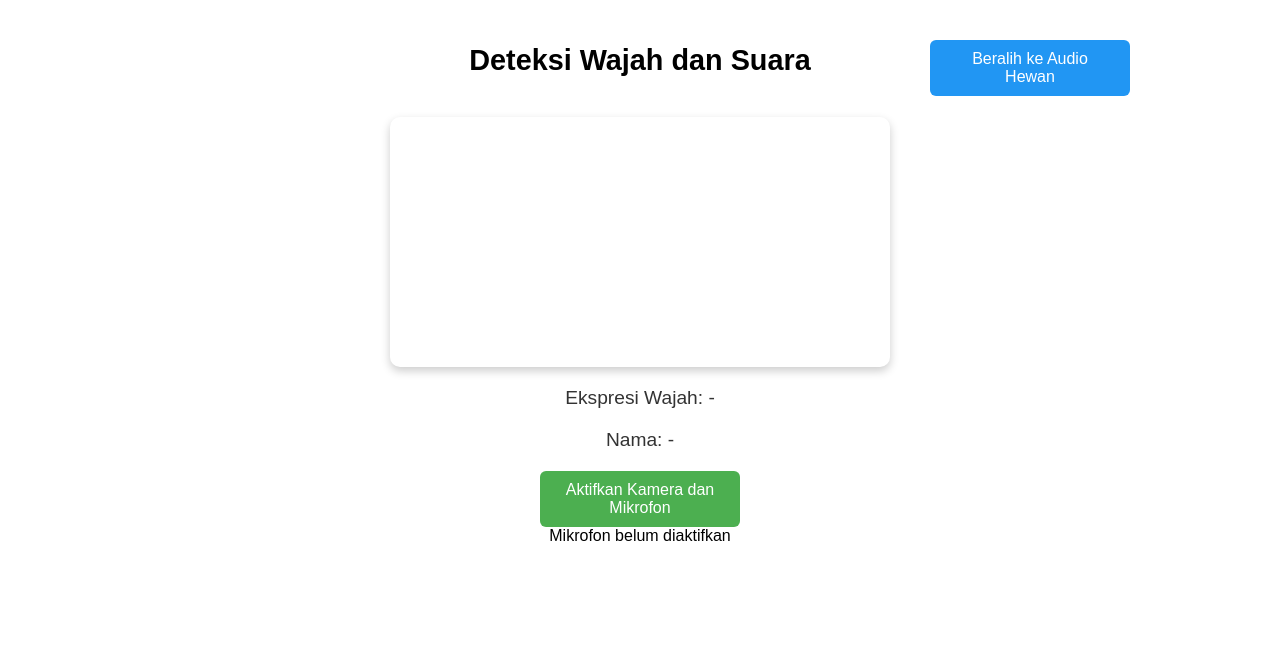
Repository: RalfyBawinto/working-teachable-machine
Page: index.html
The author's editor kept a copy of each file at every save. The page is drawn from the files as they stood at one save, then again after the next save.
The browser window is 1280 px wide. The pictures show the whole page.

Above is the page before, as saved 2025-04-22 14:42:32.

### index.html
<!DOCTYPE html>
<html lang="id">
  <head>
    <meta charset="UTF-8" />
    <meta name="viewport" content="width=device-width, initial-scale=1.0" />
    <title>Deteksi Wajah dan Suara</title>
    <link rel="stylesheet" href="styles.css" />
  </head>

  <body>
    <h2>Deteksi Wajah dan Suara</h2>

    <!-- Video untuk deteksi wajah -->
    <div id="video-container">
      <video id="video" autoplay muted playsinline></video>
      <canvas
        id="canvas"
        width="400"
        height="300"
        style="display: none"
      ></canvas>
      <div class="output" id="face-output">Ekspresi Wajah: -</div>
      <div class="output" id="name-output">Nama: -</div>
    </div>

    <!-- Kontrol deteksi suara -->
    <button onclick="aktifkanDeteksi()">Aktifkan Kamera dan Mikrofon</button>
    <div id="status">Mikrofon belum diaktifkan</div>
    <div id="label-container"></div>

    <!-- Tombol untuk beralih ke audio-hewan.html -->
    <button
      id="switch-button"
      onclick="window.location.href='audio-hewan.html'"
    >
      Beralih ke Audio Hewan
    </button>

    <!-- TensorFlow.js -->
    <script src="https://cdn.jsdelivr.net/npm/@tensorflow/tfjs@3.21.0/dist/tf.min.js"></script>
    <script src="https://cdn.jsdelivr.net/npm/@teachablemachine/image@0.8/dist/teachablemachine-image.min.js"></script>
    <script src="https://cdn.jsdelivr.net/npm/@tensorflow-models/speech-commands@0.4.0/dist/speech-commands.min.js"></script>

    <script type="text/javascript">
      const faceModelURL =
        "https://teachablemachine.withgoogle.com/models/oTtv--EQC/";
      const nameModelURL =
        "https://teachablemachine.withgoogle.com/models/1E0LcWWmy/";
      const URL = "https://teachablemachine.withgoogle.com/models/r1dg1ZGh5/";

      let faceModel, nameModel, recognizer;
      let video, canvas, ctx;

      async function createModel() {
        const checkpointURL = URL + "model.json";
        const metadataURL = URL + "metadata.json";

        recognizer = speechCommands.create(
          "BROWSER_FFT",
          undefined,
          checkpointURL,
          metadataURL
        );
        await recognizer.ensureModelLoaded();
      }

      async function startFaceDetection() {
        video = document.getElementById("video");
        canvas = document.getElementById("canvas");
        ctx = canvas.getContext("2d");

        try {
          // Memuat model wajah dan nama
          faceModel = await tmImage.load(
            faceModelURL + "model.json",
            faceModelURL + "metadata.json"
          );
          nameModel = await tmImage.load(
            nameModelURL + "model.json",
            nameModelURL + "metadata.json"
          );

          // Akses kamera
          const stream = await navigator.mediaDevices.getUserMedia({
            video: { facingMode: "user" },
            audio: false,
          });

          video.srcObject = stream;
          video.onloadedmetadata = () => {
            video.play();
            requestAnimationFrame(loop);
          };
        } catch (err) {
          console.error("Error:", err);
          alert("Gagal mengakses kamera.");
        }
      }

      async function loop() {
        ctx.drawImage(video, 0, 0, canvas.width, canvas.height);
        await predictFace();
        requestAnimationFrame(loop);
      }

      async function predictFace() {
        const prediction = await faceModel.predict(canvas);
        const highest1 = prediction.reduce(
          (max, p) => (p.probability > max.probability ? p : max),
          { probability: 0 }
        );
        document.getElementById("face-output").innerText = `Ekspresi Wajah: ${
          highest1.className
        } (${(highest1.probability * 100).toFixed(1)}%)`;

        const prediction3 = await nameModel.predict(canvas);
        const highest3 = prediction3.reduce(
          (max, p) => (p.probability > max.probability ? p : max),
          { probability: 0 }
        );

        // Daftar anggota kelompok 6
        const anggotaKelompok6 = [
          "Risky Imbat",
          "Felygio Tumiwa",
          "Jeremy Pongdatu",
          "Ralfy Bawinto",
          "Muhammad Luhung",
        ];

        // Ambang batas kepercayaan (misalnya 80%)
        const threshold = 0.8;

        // Cek apakah hasil terdeteksi termasuk anggota kelompok
        if (
          highest3.probability >= threshold &&
          anggotaKelompok6.includes(highest3.className)
        ) {
          document.getElementById("name-output").innerText = `Nama (Wajah): ${
            highest3.className
          } (${(highest3.probability * 100).toFixed(1)}%)`;
        } else {
          document.getElementById("name-output").innerText =
            "Nama (Wajah): Bukan anggota kelompok 6";
        }
      }

      async function aktifkanDeteksi() {
        try {
          const stream = await navigator.mediaDevices.getUserMedia({
            audio: true,
          });
          document.getElementById("status").textContent = "Mikrofon aktif 🎤";

          // Setelah mikrofon aktif, muat model suara
          await createModel();
          const classLabels = recognizer.wordLabels();

          // Menampilkan label kategori suara
          const labelContainer = document.getElementById("label-container");
          labelContainer.innerHTML = ""; // Clear previous results

          // Mulai mendeteksi suara
          recognizer.listen(
            (result) => {
              const scores = result.scores;

              // Temukan nilai tertinggi
              let maxScore = -1;
              let maxLabel = "";
              for (let i = 0; i < scores.length; i++) {
                if (scores[i] > maxScore) {
                  maxScore = scores[i];
                  maxLabel = classLabels[i];
                }
              }

              // Konversi skor tertinggi menjadi persentase
              const percentage = (maxScore * 100).toFixed(2);

              // Tampilkan hanya kategori dengan nilai tertinggi
              labelContainer.innerHTML = `${maxLabel}: ${percentage}%`;
            },
            {
              includeSpectrogram: true,
              probabilityThreshold: 0.75,
              invokeCallbackOnNoiseAndUnknown: true,
              overlapFactor: 0.5,
            }
          );

          // Mulai deteksi wajah
          startFaceDetection();
        } catch (err) {
          console.error("Gagal mengakses mikrofon:", err);
          document.getElementById("status").textContent =
            "Gagal mengakses mikrofon ❌";
        }
      }
    </script>
  </body>
</html>

### styles.css
/* ===== GLOBAL STYLES ===== */
body {
  font-family: Arial, sans-serif;
  text-align: center;
  padding: 20px;
  margin: 0;
}

h2 {
  font-size: 1.8rem;
  margin-bottom: 20px;
}

/* ===== DEFAULT BUTTON STYLE ===== */
button {
  margin-top: 20px;
  padding: 10px 20px;
  font-size: 16px;
  background-color: #4caf50;
  color: white;
  border: none;
  border-radius: 6px;
  cursor: pointer;
  width: 100%;
  max-width: 200px;
  transition: background-color 0.3s ease;
}

button:hover {
  background-color: #45a049;
}

/* ===== NAVIGATION BUTTONS (KEMBALI & LANJUT) ===== */
#back-button,
#next-button {
  position: absolute;
  top: 20px;
  padding: 10px 20px;
  font-size: 16px;
  border: none;
  border-radius: 6px;
  color: white;
  background-color: #2196f3;
  cursor: pointer;
  transition: background-color 0.3s ease;
}

#back-button {
  left: 20px;
}

#next-button {
  right: 20px;
}

#back-button:hover,
#next-button:hover {
  background-color: #0b7dda;
}

/* ===== SWITCH BUTTON (TOP-RIGHT CORNER) ===== */
#switch-button {
  background-color: #2196f3;
  color: white;
  position: absolute;
  top: 20px;
  right: 20px;
  padding: 10px 20px;
  font-size: 16px;
  border: none;
  border-radius: 6px;
  cursor: pointer;
  transition: background-color 0.3s ease;
}

/* Agar tidak bertabrakan dengan #next-button */
@media (min-width: 769px) {
  #switch-button {
    right: 150px;
  }
}

#switch-button:hover {
  background-color: #0b7dda;
}

/* ===== AUDIO-HEWAN STYLES ===== */
#audio-container {
  margin-top: 100px;
  display: flex;
  flex-direction: column;
  align-items: center;
}

#output {
  font-size: 1.5rem;
  margin-top: 30px;
  color: green;
}

#mic-status {
  margin-top: 10px;
  font-size: 1.2rem;
  color: blue;
  font-weight: bold;
}

/* ===== RESPONSIVENESS ===== */

/* Tablet (≤768px) */
@media (max-width: 768px) {
  h2 {
    font-size: 1.5rem;
  }

  #output {
    font-size: 1.3rem;
  }

  #mic-status {
    font-size: 1.1rem;
  }

  #back-button,
  #next-button,
  #switch-button {
    position: static;
    width: 100%;
    margin: 10px 0;
  }
}

/* Mobile (≤480px) */
@media (max-width: 480px) {
  h2 {
    font-size: 1.3rem;
  }

  button,
  #back-button,
  #next-button,
  #switch-button {
    font-size: 14px;
    padding: 10px 16px;
  }

  #output {
    font-size: 1.2rem;
  }

  #mic-status {
    font-size: 1rem;
  }
}

/* ===== VIDEO & CANVAS STYLES ===== */
#video {
  width: 100%;
  max-width: 500px;
  height: auto;
  border-radius: 10px;
  box-shadow: 0 4px 10px rgba(0, 0, 0, 0.2);
  margin: 0 auto;
}

#canvas {
  display: none;
}

.output {
  margin-top: 20px;
  font-size: 1.2rem;
  color: #333;
}

/* Container to center elements */
#video-container {
  margin-top: 40px;
  display: flex;
  flex-direction: column;
  align-items: center;
}

@media screen and (orientation: landscape) and (max-width: 768px) {
  #video {
    max-width: 100vw;
    height: auto;
  }
}

After the next save:
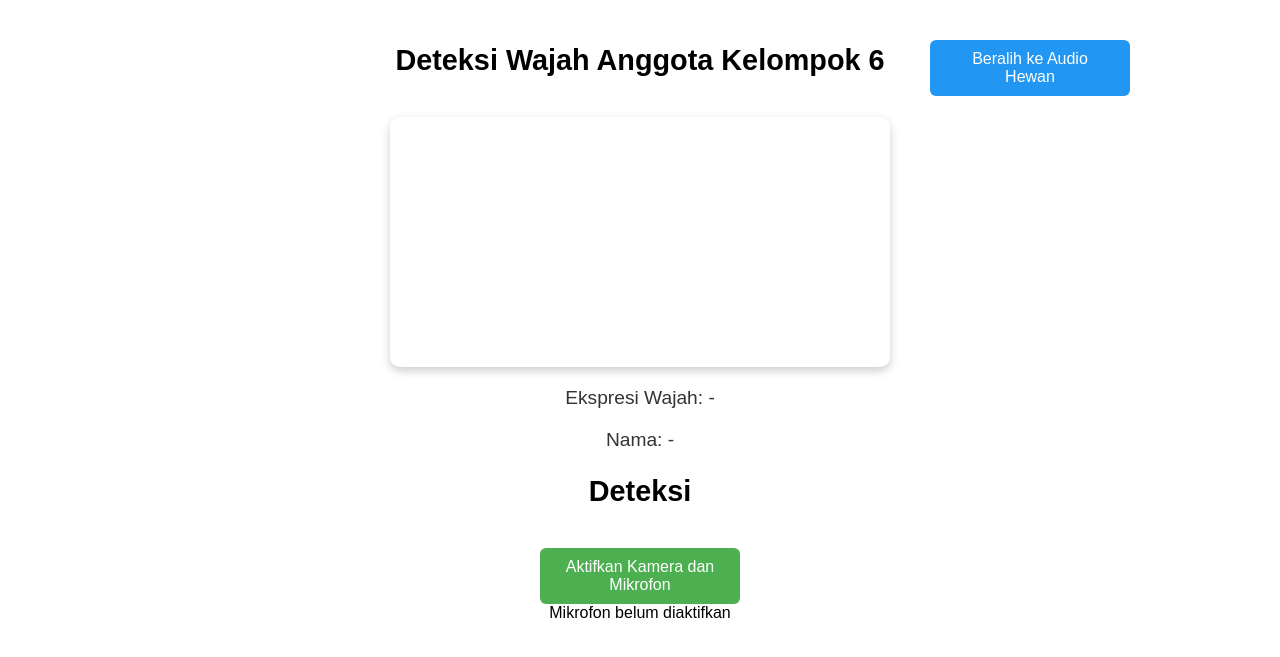
Saved 5 h 35 min later.
--- a/index.html
+++ b/index.html
@@ -8,7 +8,7 @@
   </head>
 
   <body>
-    <h2>Deteksi Wajah dan Suara</h2>
+    <h2>Deteksi Wajah Anggota Kelompok 6</h2>
 
     <!-- Video untuk deteksi wajah -->
     <div id="video-container">
@@ -23,6 +23,8 @@
       <div class="output" id="name-output">Nama: -</div>
     </div>
 
+    <h2>Deteksi</h2>
+
     <!-- Kontrol deteksi suara -->
     <button onclick="aktifkanDeteksi()">Aktifkan Kamera dan Mikrofon</button>
     <div id="status">Mikrofon belum diaktifkan</div>
